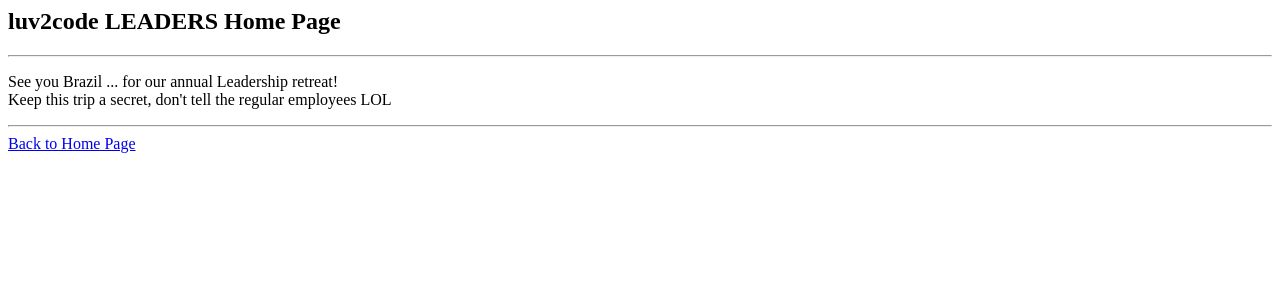
Repository: shinjuno123/spring-security
Page: http://localhost/spring-security-demo-07-user-roles/WEB-INF/view/systems.jsp
The author's editor kept a copy of each file at every save. The page is drawn from the files as they stood at one save, then again after the next save.
The browser window is 1280 px wide. The pictures show the whole page.
The page is served by Tomcat 9. Nobody is signed in. Other server files are loaded and not shown. The template is opened directly, without the code that normally fills it, so the values that code supplies are empty.

Above is the page before, as saved 2023-01-11 17:30:15.

### spring-security-demo-07-user-roles/src/main/webapp/WEB-INF/view/systems.jsp

<html>
<head>
	<title>luv2code LEADERS Home Page</title>
</head>
<body>
	<h2>luv2code LEADERS Home Page</h2>

	<hr>

	<p>
		See you Brazil ... for our annual Leadership retreat!
		<br>
		Keep this trip a secret, don't tell the regular employees LOL
	</p>

	<hr>

	<a href="${pageContext.request.contextPath}/">Back to Home Page</a>
</body>
</html>

After the next save:
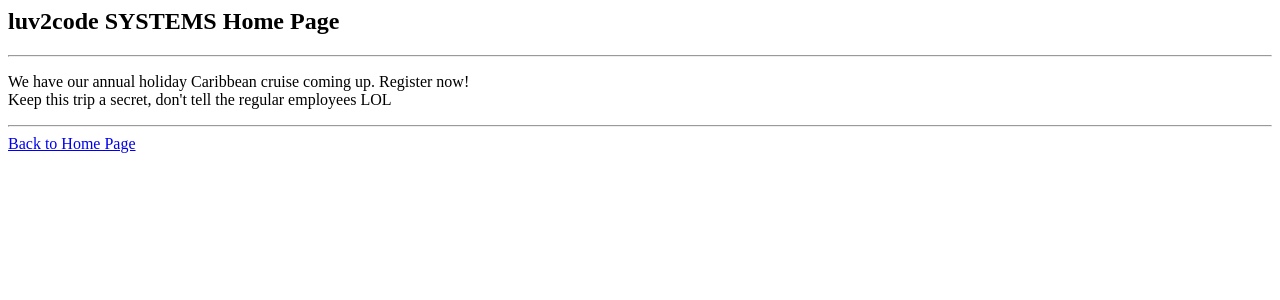
Saved 89 s later.
--- a/spring-security-demo-07-user-roles/src/main/webapp/WEB-INF/view/systems.jsp
+++ b/spring-security-demo-07-user-roles/src/main/webapp/WEB-INF/view/systems.jsp
@@ -1,15 +1,15 @@
 
 <html>
 <head>
-	<title>luv2code LEADERS Home Page</title>
+	<title>luv2code SYSTEMS Home Page</title>
 </head>
 <body>
-	<h2>luv2code LEADERS Home Page</h2>
+	<h2>luv2code SYSTEMS Home Page</h2>
 
 	<hr>
 
 	<p>
-		See you Brazil ... for our annual Leadership retreat!
+		We have our annual holiday Caribbean cruise coming up. Register now!
 		<br>
 		Keep this trip a secret, don't tell the regular employees LOL
 	</p>
